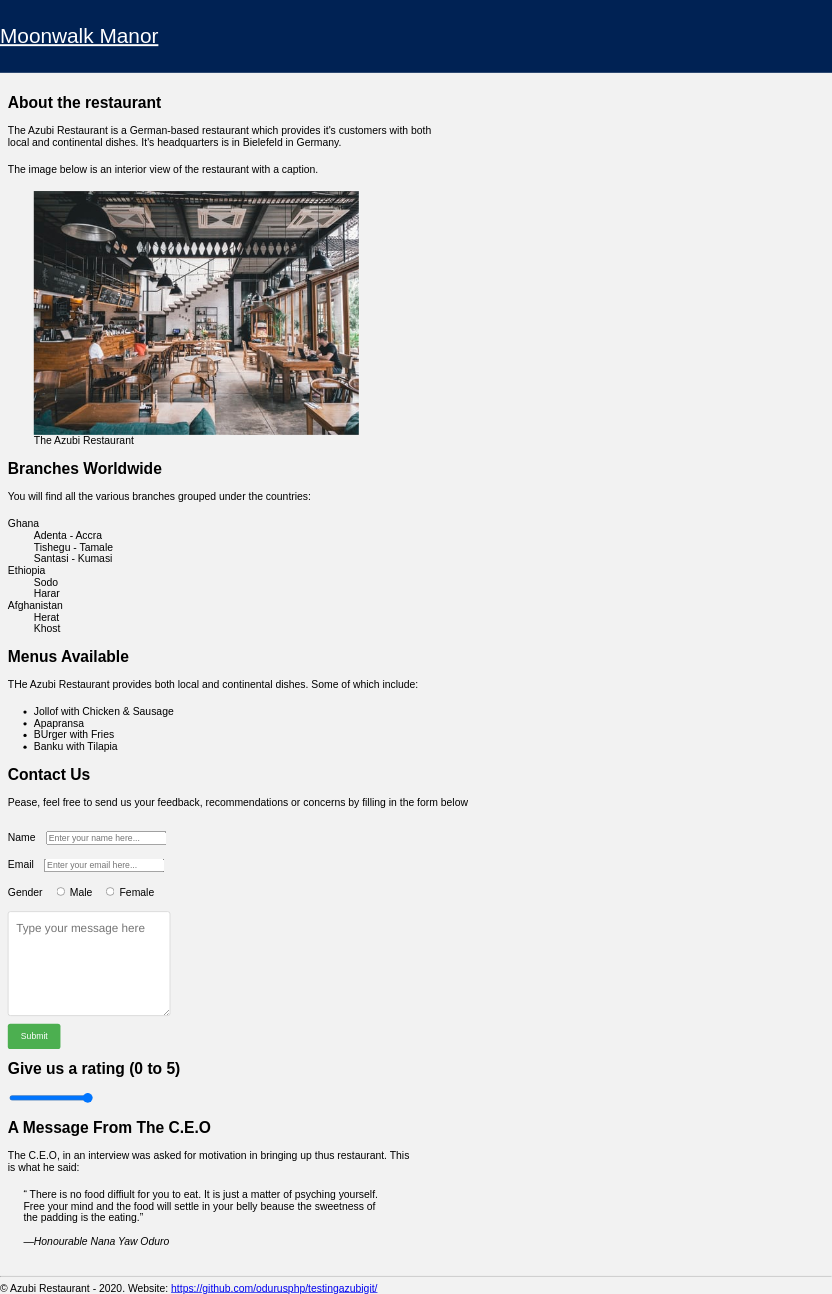
Repository: odurusphp/testingazubigit
Page: Fortune/FortunatusWulnye.html
The author's editor kept a copy of each file at every save. The page is drawn from the files as they stood at one save, then again after the next save.
The browser window is 1280 px wide. The pictures show the whole page, at 65% of full size.

Above is the page before, as saved 2020-08-03 02:01:58.

After the next save:
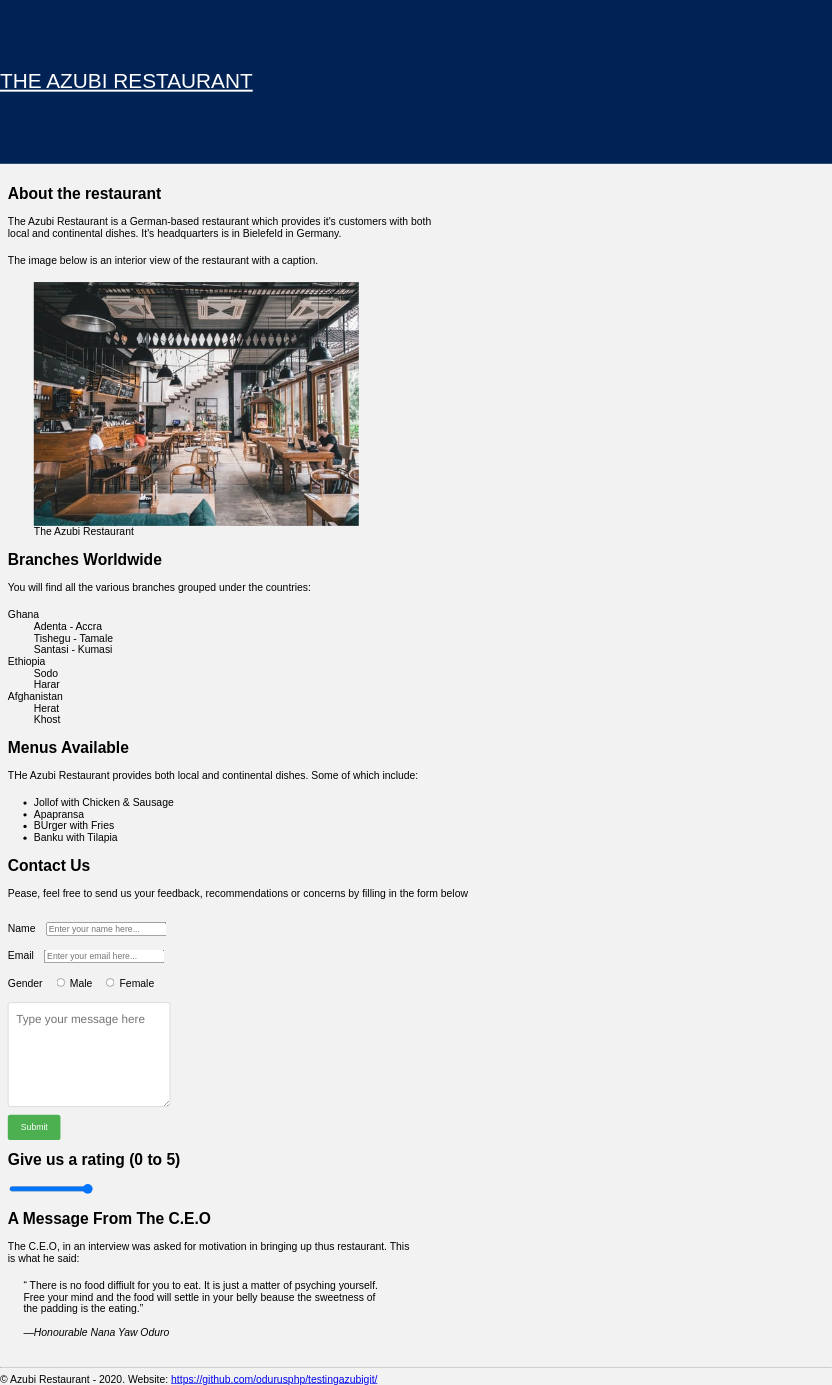
Saved 6 min 59 s later.
--- a/Fortune/FortunatusWulnye.html
+++ b/Fortune/FortunatusWulnye.html
@@ -17,9 +17,9 @@
   <body>
 
       <header class="main-header">
-        <div class="site-branding">
-          <h1 class="site-title"><a href="/"><span class="icon-mmlogo" data-grunticon-embed></span>Moonwalk Manor</a></h1>
-        </div><!-- .site-title -->
+        <div class="brand">
+          <h1 class="site-title"><a href="#">THE AZUBI RESTAURANT</a></h1>
+        </div>
       </header>
 
       <main class="main-container">

After the 2 saves that followed:
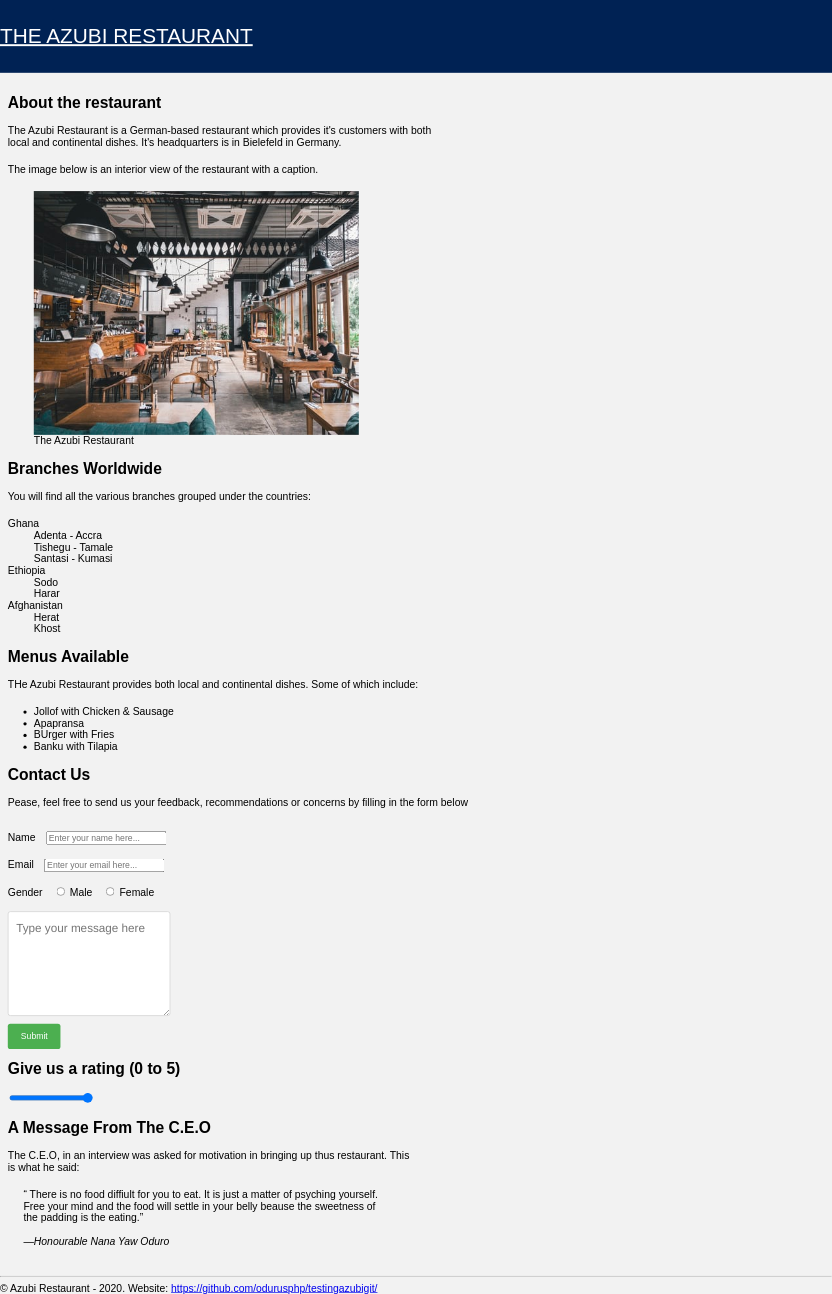
The 2 saves are shown as one change because 1 left the picture as it was.
The last was saved 7 min 6 s later.
--- a/Fortune/css/style.css
+++ b/Fortune/css/style.css
@@ -20,8 +20,9 @@ Header styles
 }
 
 .brand {
-  padding: 70px 0;
+  /* padding: 70px 0; */
   text-align: center;
+  border: "0.5rem solid pink";
 }
 .site-title a {
   -js-display: flex;
